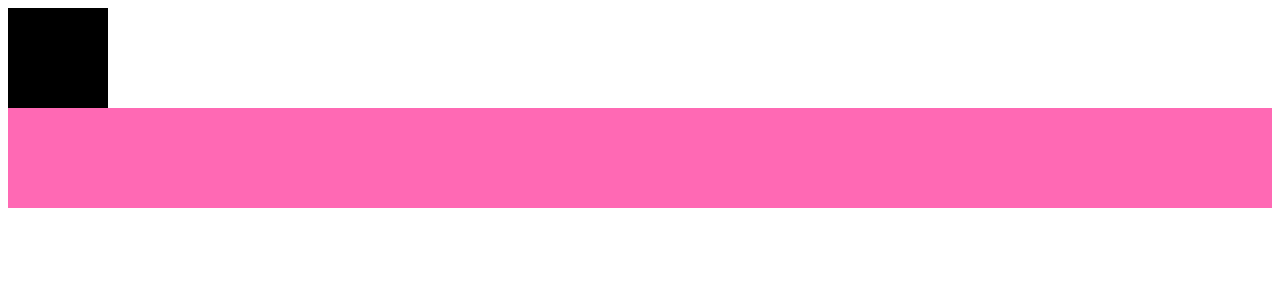
Repository: razzh7/javascript-demo
Page: 自动阅读插件/test.html
An editor plug-in stored every save of this project. The page is shown before and after the next save, followed by the edit.
The browser window is 1280 px wide. The pictures show the whole page.

Above is the page before, as saved 2021-06-30 14:44:27.

### 自动阅读插件/test.html
<!DOCTYPE html>
<html lang="en">
<head>
  <meta charset="UTF-8">
  <meta http-equiv="X-UA-Compatible" content="IE=edge">
  <meta name="viewport" content="width=device-width, initial-scale=1.0">
  <title>Document</title>
  <style type="text/css">
    .div1 {
      width: 100px;
      height: 100px;
      background: black;
    }
    .div2 {
      wdith: 100px;
      height: 100px;
      background: hotpink;
    }
  </style>
</head>
<body>
  <div class="div1"></div>
  <div class="div2"></div>
</body>
</html>

After the next save:
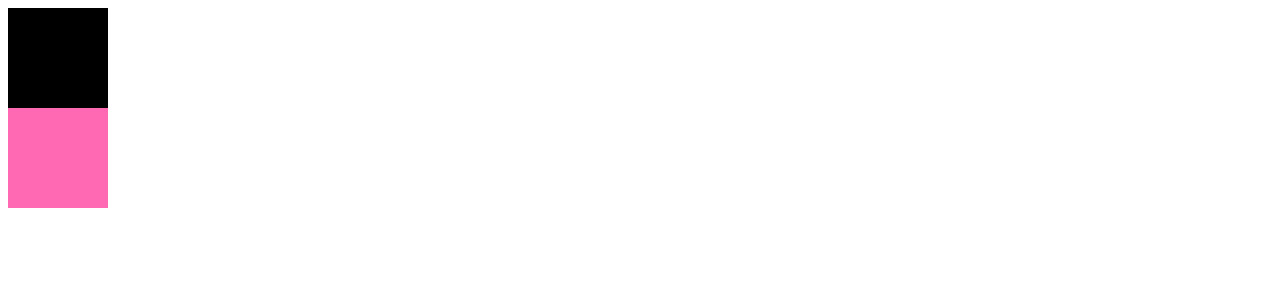
Saved 5 s later.
--- a/自动阅读插件/test.html
+++ b/自动阅读插件/test.html
@@ -12,7 +12,7 @@
       background: black;
     }
     .div2 {
-      wdith: 100px;
+      width: 100px;
       height: 100px;
       background: hotpink;
     }
